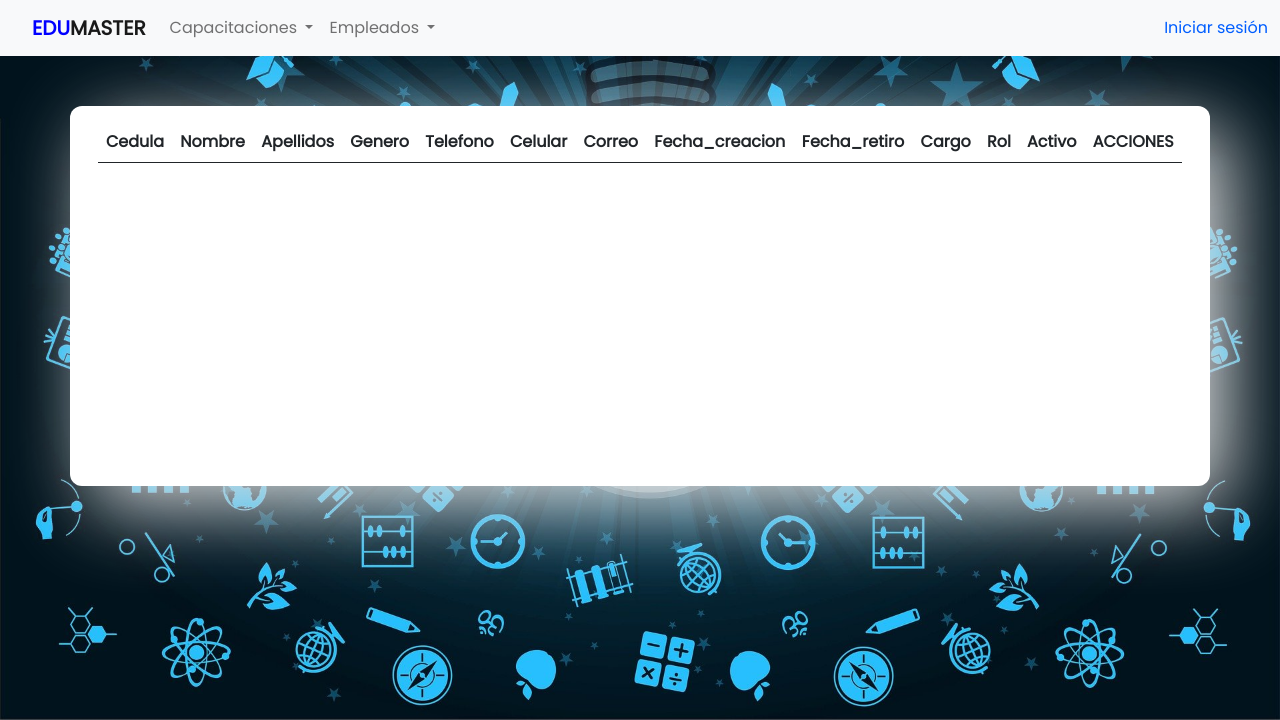
Repository: alejo95-svg/Edumaster
Page: http://localhost/ListarUsuarios
An editor plug-in stored every save of this project. The page is shown before and after the next save, followed by the edit.
The browser window is 1280 px wide. The pictures show the whole page.
Some web libraries are served in a nearby version. The page is this project's Thymeleaf template; nobody is signed in. The template is opened directly, without the code that normally fills it, so the values that code supplies are empty.

Above is the page before, as saved 2022-09-22 01:21:22.

After the next save:
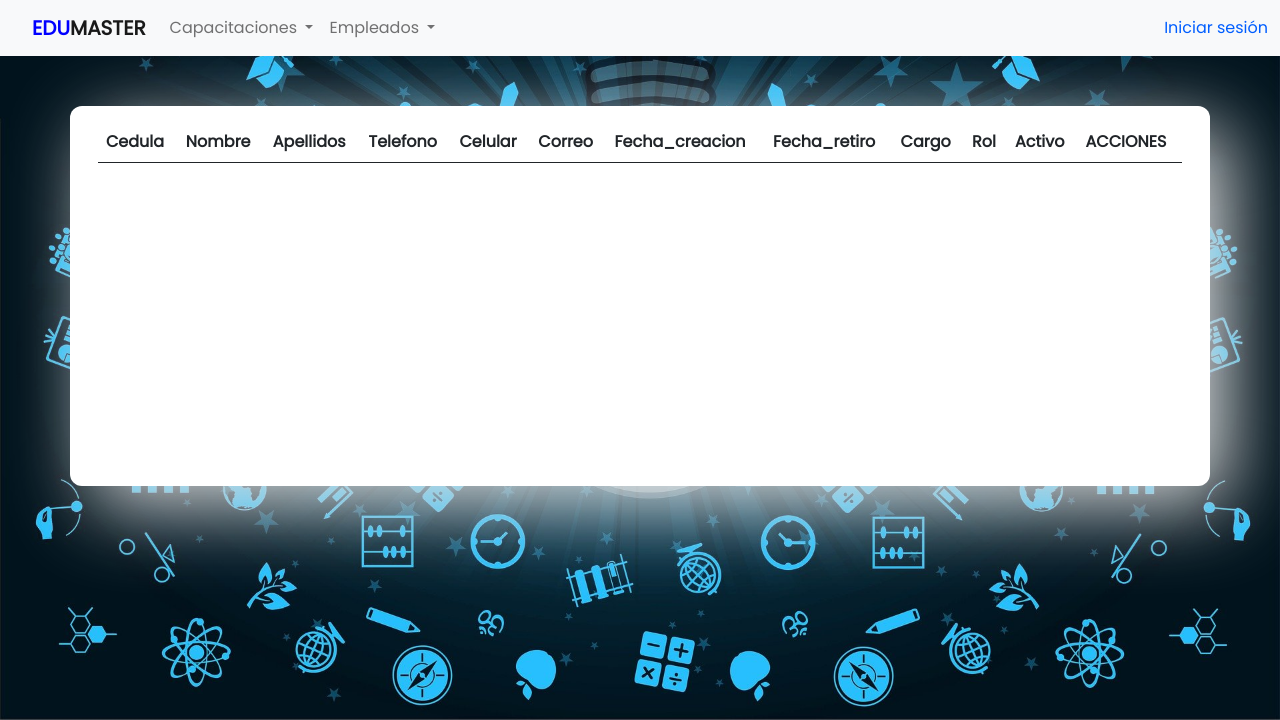
Saved 115 s later.
--- a/Edumaster/src/main/resources/templates/ListarUsuarios.html
+++ b/Edumaster/src/main/resources/templates/ListarUsuarios.html
@@ -10,7 +10,6 @@
                             <th scope="col">Cedula</th>
                             <th scope="col">Nombre</th>
                             <th scope="col">Apellidos</th>
-                            <th scope="col">Genero</th>
                             <th scope="col">Telefono</th>
                             <th scope="col">Celular</th>
                             <th scope="col">Correo</th>
